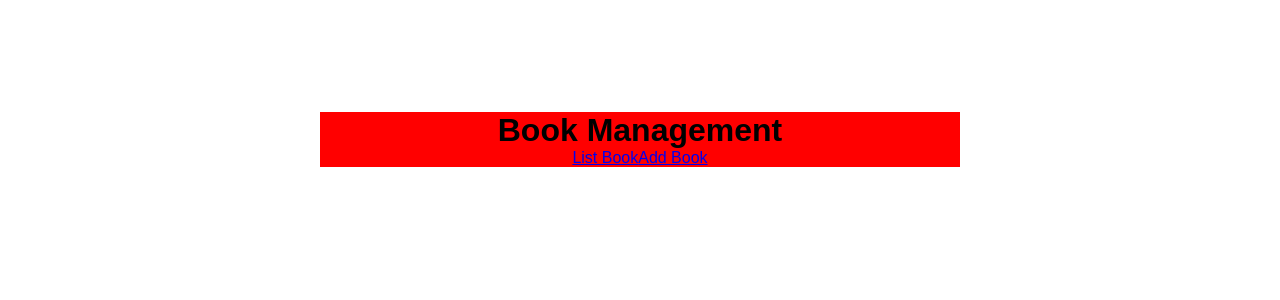
Repository: wakoya-tech/e-library-app1
Page: /
The author's editor kept a copy of each file at every save. The page is drawn from the files as they stood at one save, then again after the next save.
The browser window is 1280 px wide. The pictures show the whole page.
The project was rebuilt for these pictures with package versions that can differ from the ones it lists, and the page was loaded fresh each time. Also part of the build but not shown: vite.config.js.

Above is the page before, as saved 2025-10-10 12:11:46.

After the next save:
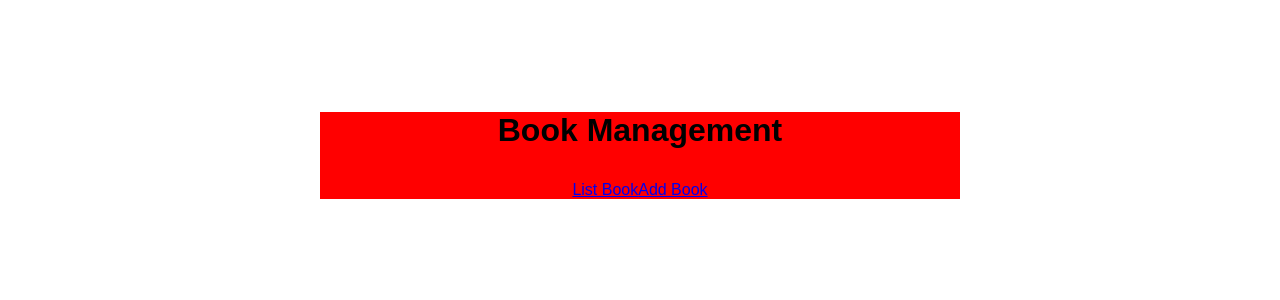
Saved 43 s later.
--- a/src/App.css
+++ b/src/App.css
@@ -13,4 +13,8 @@ body{
 }
 header{
   text-align: center;
+
 }
+header nav{
+  margin-top: 2rem;
+}
